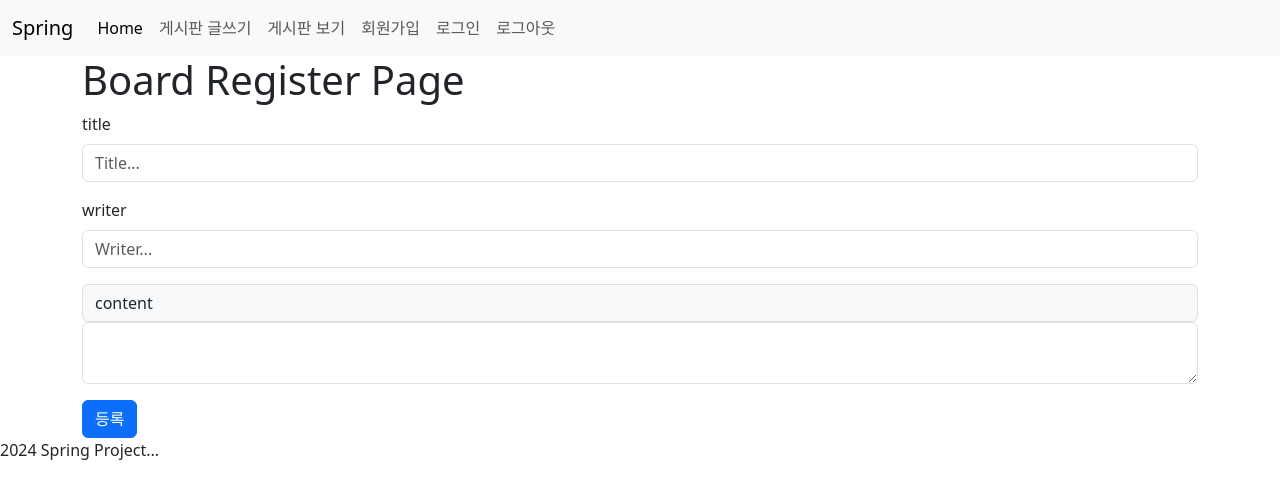
Repository: dhalfks/springTest240430
Page: http://localhost/spring_study/WEB-INF/views/board/register.jsp
These files come from the project's save history. The page is drawn as it stood at one moment and after the next save; the edit follows.
The browser window is 1280 px wide. The pictures show the whole page.
The page is served by Tomcat 9. Nobody is signed in. The template is opened directly, without the code that normally fills it, so the values that code supplies are empty.

Above is the page before, as saved 2024-04-24 01:12:18.

### spring_study/src/main/webapp/WEB-INF/views/board/register.jsp
<%@ page language="java" contentType="text/html; charset=UTF-8"
    pageEncoding="UTF-8"%>
<jsp:include page="../layout/header.jsp" />
<div class="container-md">
<h1>Board Register Page</h1>
	<form action="/board/insert" method="post">
		<div class="mb-3">
		  <label for="t" class="form-label">title</label>
		  <input type="text" class="form-control" name="title" id="t" placeholder="Title...">
		</div>
		<div class="mb-3">
		  <label for="w" class="form-label">writer</label>
		  <input type="text" class="form-control" name="writer" id="w" placeholder="Writer...">
		</div>
		<div class="mb-3">
		  <span class="input-group-text">content</span>
		  <textarea class="form-control" name="content" aria-label="With textarea"></textarea>
		</div>
		<button type="submit" class="btn btn-primary">등록</button>
	</form>
</div>

<jsp:include page="../layout/footer.jsp" />

### spring_study/src/main/webapp/WEB-INF/views/layout/header.jsp
<%@ page language="java" contentType="text/html; charset=UTF-8"
    pageEncoding="UTF-8"%>
<!DOCTYPE html>
<html>
<head>
<meta charset="UTF-8">
<title>header.jsp</title>
<link href="https://cdn.jsdelivr.net/npm/bootstrap@5.3.3/dist/css/bootstrap.min.css" rel="stylesheet" integrity="sha384-QWTKZyjpPEjISv5WaRU9OFeRpok6YctnYmDr5pNlyT2bRjXh0JMhjY6hW+ALEwIH" crossorigin="anonymous">
<script src="https://cdn.jsdelivr.net/npm/bootstrap@5.3.3/dist/js/bootstrap.bundle.min.js" integrity="sha384-YvpcrYf0tY3lHB60NNkmXc5s9fDVZLESaAA55NDzOxhy9GkcIdslK1eN7N6jIeHz" crossorigin="anonymous"></script>
</head>
<body>
<nav class="navbar navbar-expand-lg bg-body-tertiary">
  <div class="container-fluid">
    <a class="navbar-brand" href="#">Spring</a>
    <button class="navbar-toggler" type="button" data-bs-toggle="collapse" data-bs-target="#navbarSupportedContent" aria-controls="navbarSupportedContent" aria-expanded="false" aria-label="Toggle navigation">
      <span class="navbar-toggler-icon"></span>
    </button>
    <div class="collapse navbar-collapse" id="navbarSupportedContent">
      <ul class="navbar-nav me-auto mb-2 mb-lg-0">
        <li class="nav-item">
          <a class="nav-link active" aria-current="page" href="/">Home</a>
        </li>
        <li class="nav-item">
          <a class="nav-link" href="/board/register">게시판 글쓰기</a>
        </li>
        <li class="nav-item">
          <a class="nav-link" href="#">게시판 보기</a>
        </li>
        <li class="nav-item">
          <a class="nav-link" href="#">회원가입</a>
        </li>
        <li class="nav-item">
          <a class="nav-link" href="#">로그인</a>
        </li>
        <li class="nav-item">
          <a class="nav-link" href="#">로그아웃</a>
        </li>
       </ul>
    </div>
  </div>
</nav>

### spring_study/src/main/webapp/WEB-INF/views/layout/footer.jsp
<%@ page language="java" contentType="text/html; charset=UTF-8"
    pageEncoding="UTF-8"%>

<div>
 	2024 Spring Project...
</div>

</body>
</html>

After the next save:
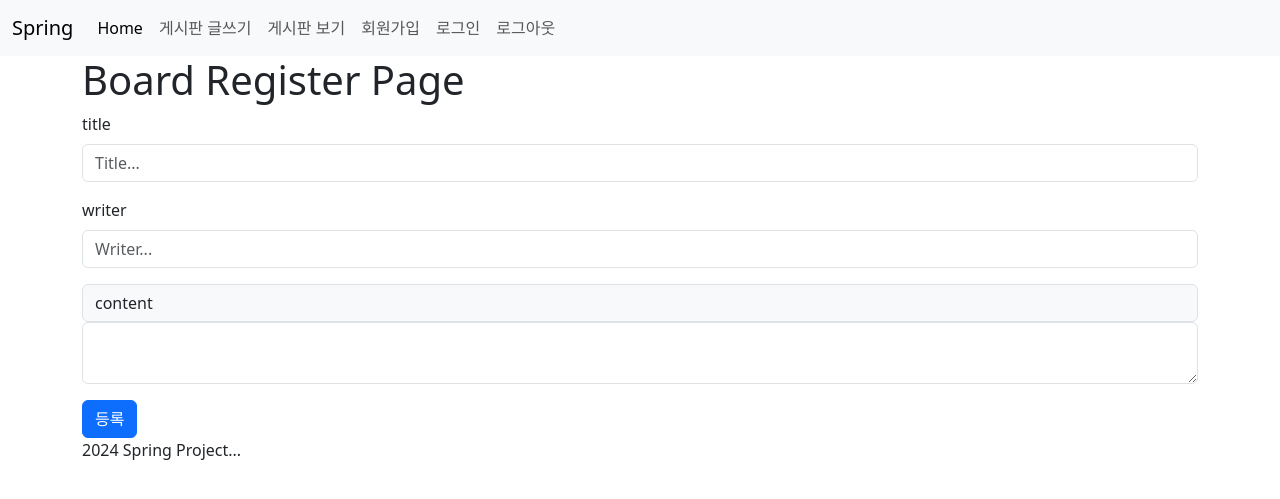
Saved 20 s later.
--- a/spring_study/src/main/webapp/WEB-INF/views/layout/footer.jsp
+++ b/spring_study/src/main/webapp/WEB-INF/views/layout/footer.jsp
@@ -1,7 +1,7 @@
 <%@ page language="java" contentType="text/html; charset=UTF-8"
     pageEncoding="UTF-8"%>
 
-<div>
+<div class="container-md">
  	2024 Spring Project...
 </div>
 
